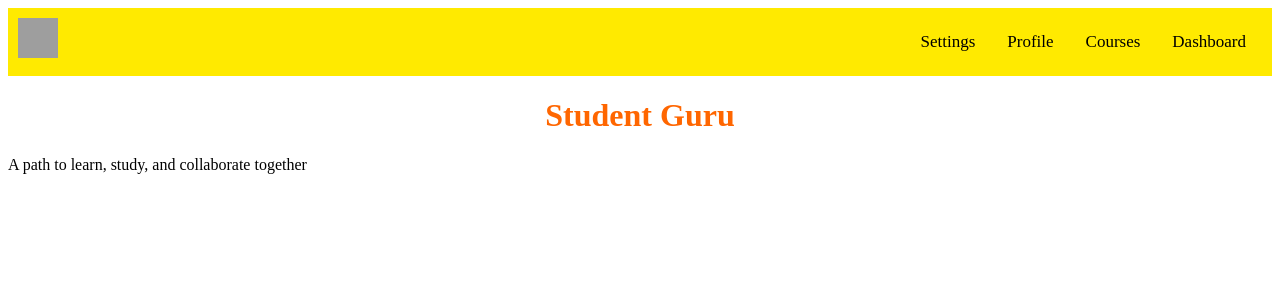
Repository: Priyadharshini-J-CSE/Intership-2025-december
Page: dashboard.html
An editor plug-in stored every save of this project. The page is shown before and after the next save, followed by the edit.
The browser window is 1280 px wide. The pictures show the whole page.
Pictures or frames that could not be fetched are drawn as grey boxes.

Above is the page before, as saved 2025-12-01 14:37:17.

After the next save:
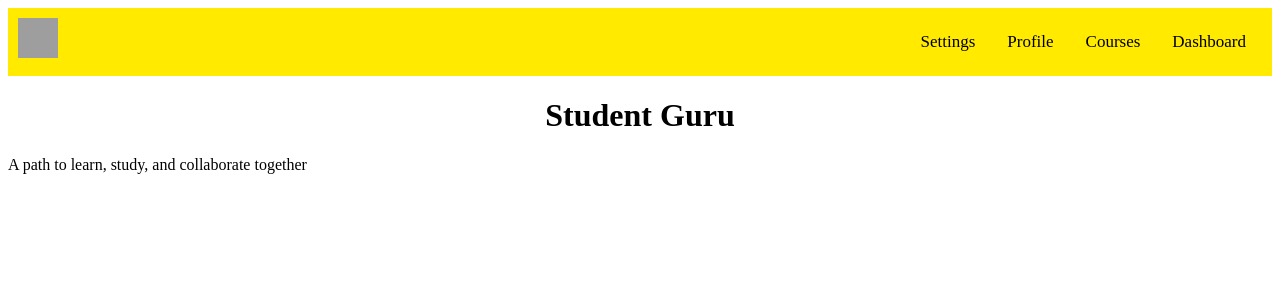
Saved 9 s later.
--- a/dashboard.html
+++ b/dashboard.html
@@ -28,7 +28,7 @@ width: 40px;
         }
         h1{
             text-align: center;
-            color: #ff6600;
+
         }
     </style>
 </head>
